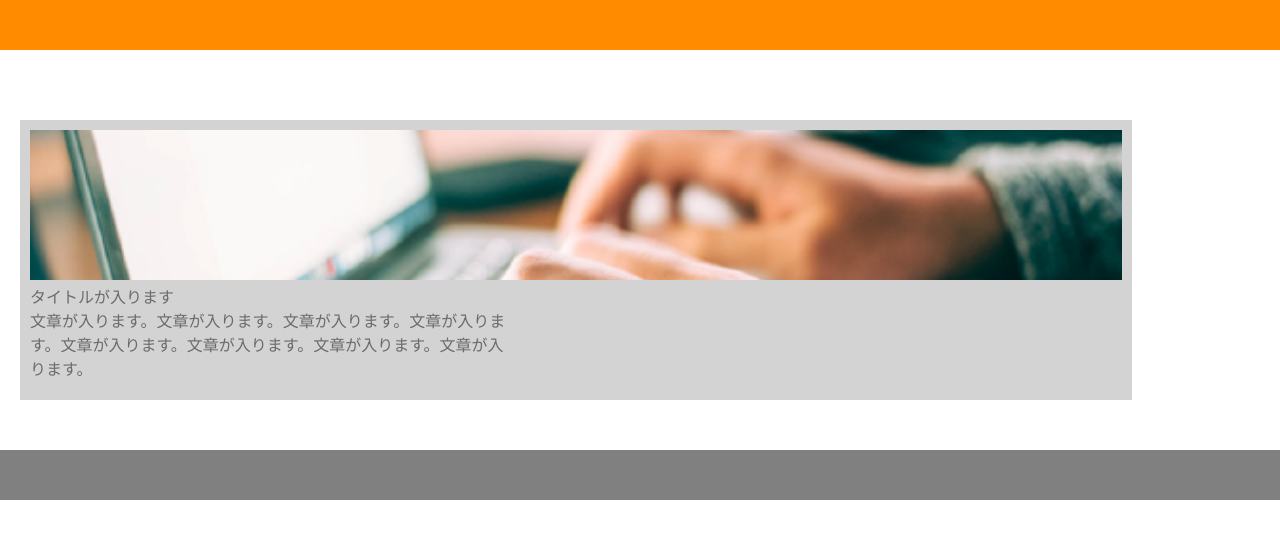
Repository: 220416/kadai1
Page: html/responsive.html
The author's editor kept a record of every edit. The page is drawn from the files as they stood at one moment, then again after the next edit.
The browser window is 1280 px wide. The pictures show the whole page.

Above is the page before.

After the next edit:
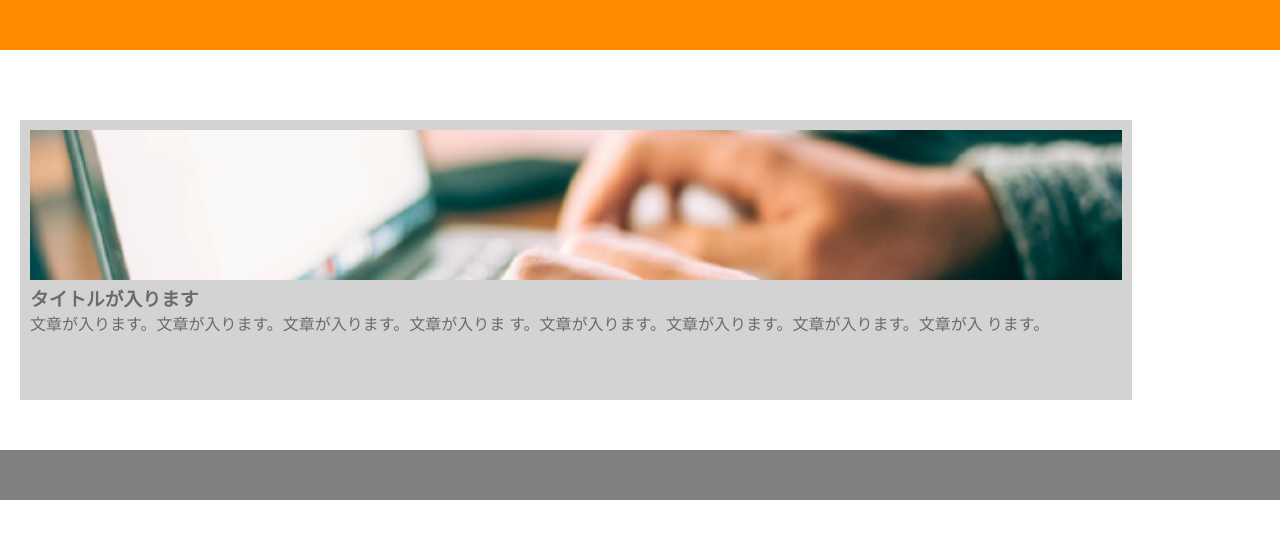
The edit:
--- a/html/responsive.html
+++ b/html/responsive.html
@@ -15,9 +15,9 @@
     <div class="main-visual">
       <img class="image" src="img/flow01.png">
       <div class="main-visual-content">
-        <p class ="main-visual-text">タイトルが入ります</p>
-        <p>文章が入ります。文章が入ります。文章が入ります。文章が入りま</br>
-        す。文章が入ります。文章が入ります。文章が入ります。文章が入</br>
+        <h3 class ="ain-visual-text">タイトルが入ります</h3>
+        <p class="main-visual-text">文章が入ります。文章が入ります。文章が入ります。文章が入りま
+        す。文章が入ります。文章が入ります。文章が入ります。文章が入
         ります。</p>
       </div>
     </div>
